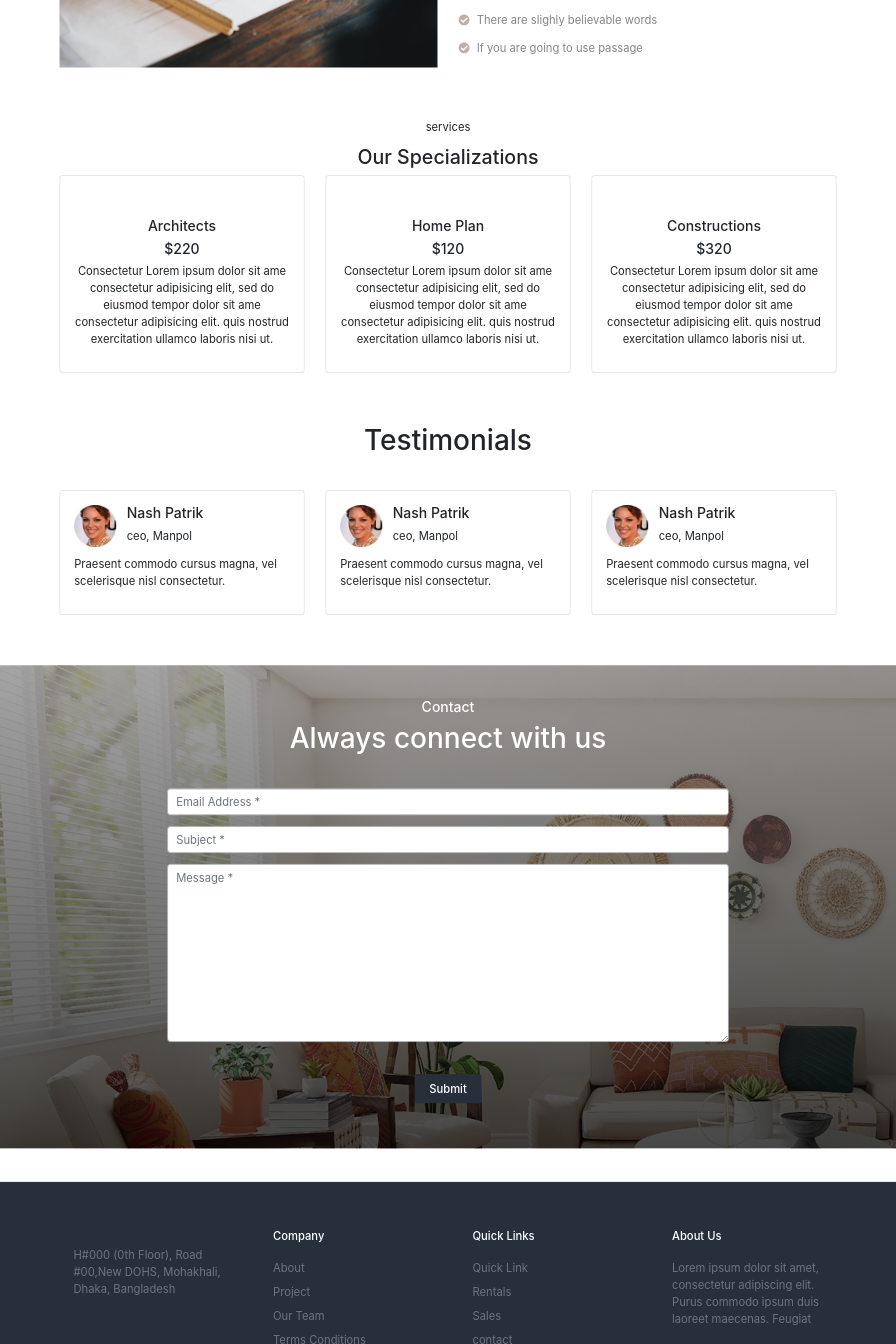
Repository: arif286/home-decoration-client-site
Page: /
The author's editor kept a copy of each file at every save. The page is drawn from the files as they stood at one save, then again after the next save.
The browser window is 1280 px wide. The pictures show the part of the page from y = 1429 to 3349 px (the page is 3488 px tall before and 3182 px after), at 70% of full size.
The page's requests for data from a server got no answer. The project was rebuilt for these pictures with package versions that can differ from the ones it lists, and the page was loaded fresh each time. No one was signed in, and anything a server would have sent is missing. Also part of the build but not shown: src/components/DashBoard/Admin/AddService/AddService.css, src/components/DashBoard/Admin/AddService/AddService.js, src/components/DashBoard/Admin/MakeAdmin/MakeAdmin.css, src/components/DashBoard/Admin/MakeAdmin/MakeAdmin.js, src/components/DashBoard/Admin/ManageService/ManageService.js, src/components/DashBoard/Admin/OrderList/OrderList.js, src/components/DashBoard/User/Booking/Booking.js, src/components/DashBoard/User/BookingList/BookingList.js and 12 more.

Above is the page before, as saved 2021-04-16 04:42:24.

After the next save:
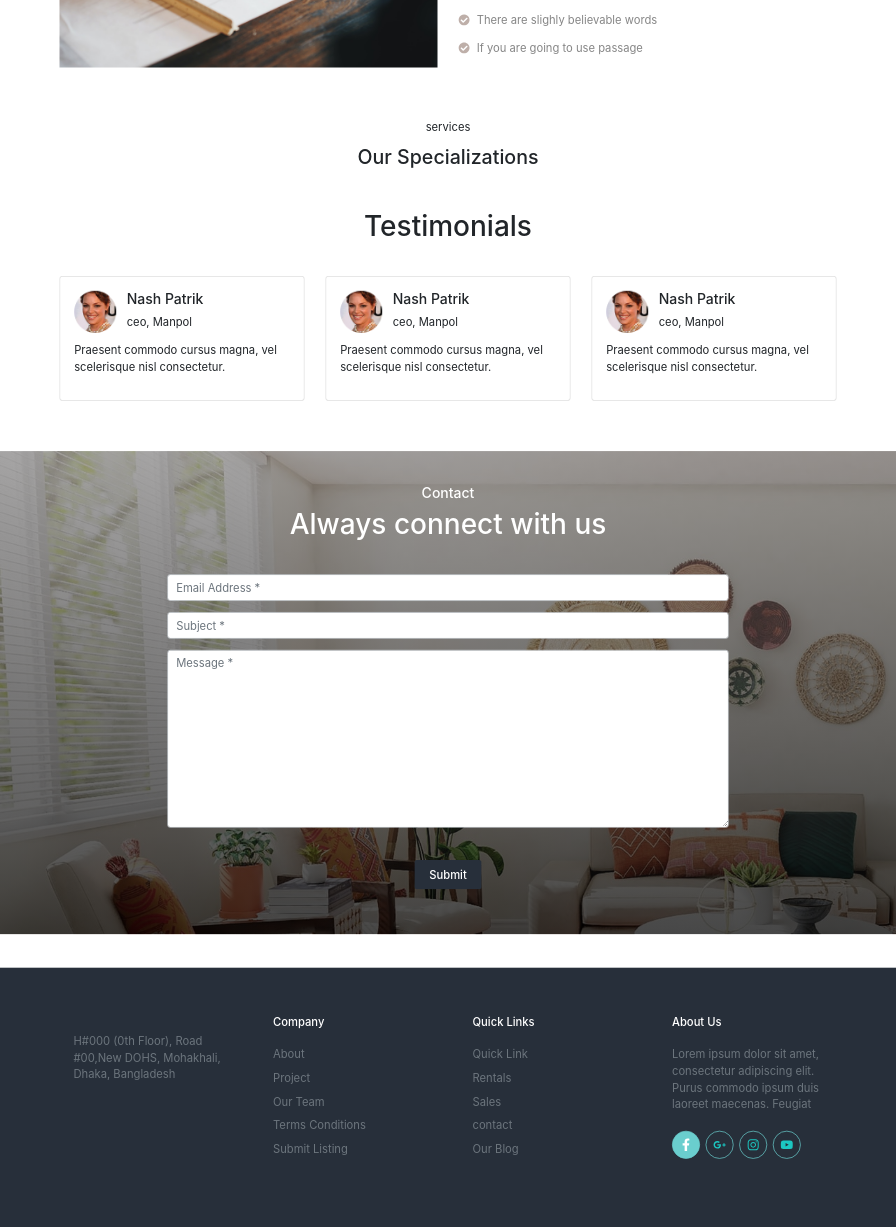
Saved 4 s later.
--- a/src/components/HomePage/Service/Service.js
+++ b/src/components/HomePage/Service/Service.js
@@ -1,54 +1,26 @@
 import axios from "axios";
 import React, { useEffect, useState } from "react";
 import { Col, Container, Row } from "react-bootstrap";
-import architect from '../../../home-decoration/Image_Icon/Icon/architect.svg';
-import home from '../../../home-decoration/Image_Icon/Icon/home.svg';
-import winch from '../../../home-decoration/Image_Icon/Icon/winch.svg';
 import ServiceCard from "../ServiceCard/ServiceCard";
 
-const interiorService = [
-  {
-    title: "Architects",
-    text:
-      "Consectetur Lorem ipsum dolor sit ame consectetur adipisicing elit, sed do eiusmod tempor dolor sit ame consectetur adipisicing elit. quis nostrud exercitation ullamco laboris nisi ut.",
-    price: 220,
-    picture: architect,
-  },
-  {
-    title: "Home Plan",
-    text:
-      "Consectetur Lorem ipsum dolor sit ame consectetur adipisicing elit, sed do eiusmod tempor dolor sit ame consectetur adipisicing elit. quis nostrud exercitation ullamco laboris nisi ut.",
-    price: 120,
-    picture: home,
-  },
-  {
-    title: "Constructions",
-    text:
-      "Consectetur Lorem ipsum dolor sit ame consectetur adipisicing elit, sed do eiusmod tempor dolor sit ame consectetur adipisicing elit. quis nostrud exercitation ullamco laboris nisi ut.",
-    price: 320,
-    picture: winch,
-  },
-];
-
 const Service = () => {
-  const [services, setServices] = useState(interiorService);
+  const [services, setServices] = useState([]);
   useEffect(() => {
-    axios.get("http://localhost:5000/services")
-      .then(res => console.log(res.data))
-    .catch(err=>console.log(err))
+    axios
+      .get("http://localhost:5000/services")
+      .then((res) => setServices(res.data))
+      .catch((err) => console.log(err));
   }, []);
   return (
     <Container className="mt-5">
       <p className="text-center">services</p>
       <h3 className="text-center">Our Specializations</h3>
       <Row className="row-cols-1 row-cols-lg-3 row-cols-sm-2">
-        {
-                  services.map(service =>
-                      <Col className='pb-4'>
-                          <ServiceCard service={service}/>
-                      </Col>
-                    )
-        }
+        {services.map((service) => (
+          <Col className="pb-4">
+            <ServiceCard service={service} />
+          </Col>
+        ))}
       </Row>
     </Container>
   );
